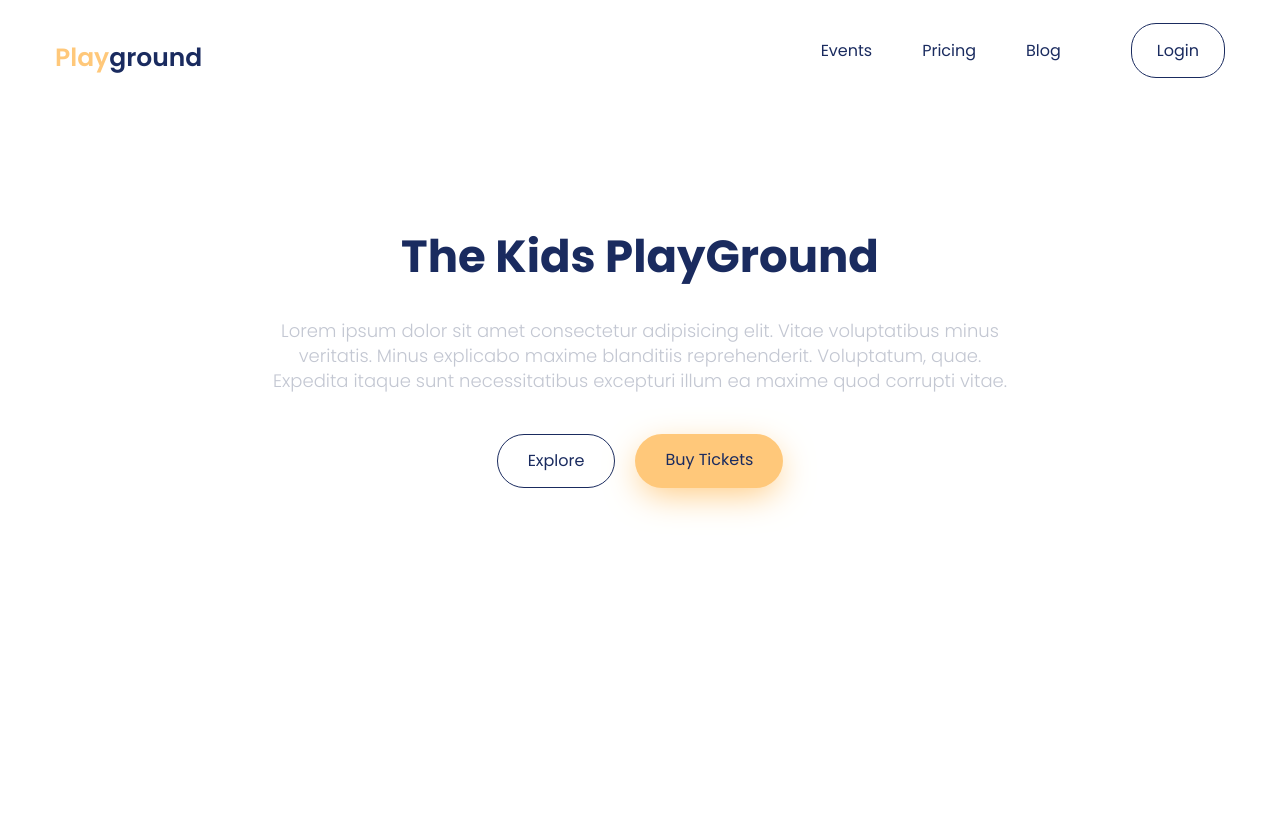
Repository: khuong30082000/the-playground
Page: index.html
The author's editor kept a copy of each file at every save. The page is drawn from the files as they stood at one save, then again after the next save.
The browser window is 1280 px wide. The pictures show the whole page.
The style sheet was rebuilt from its Sass, Less or Tailwind sources for each picture, by a compiler version that may differ from the author's.

Above is the page before, as saved 2022-06-20 12:42:23.

After the next save:
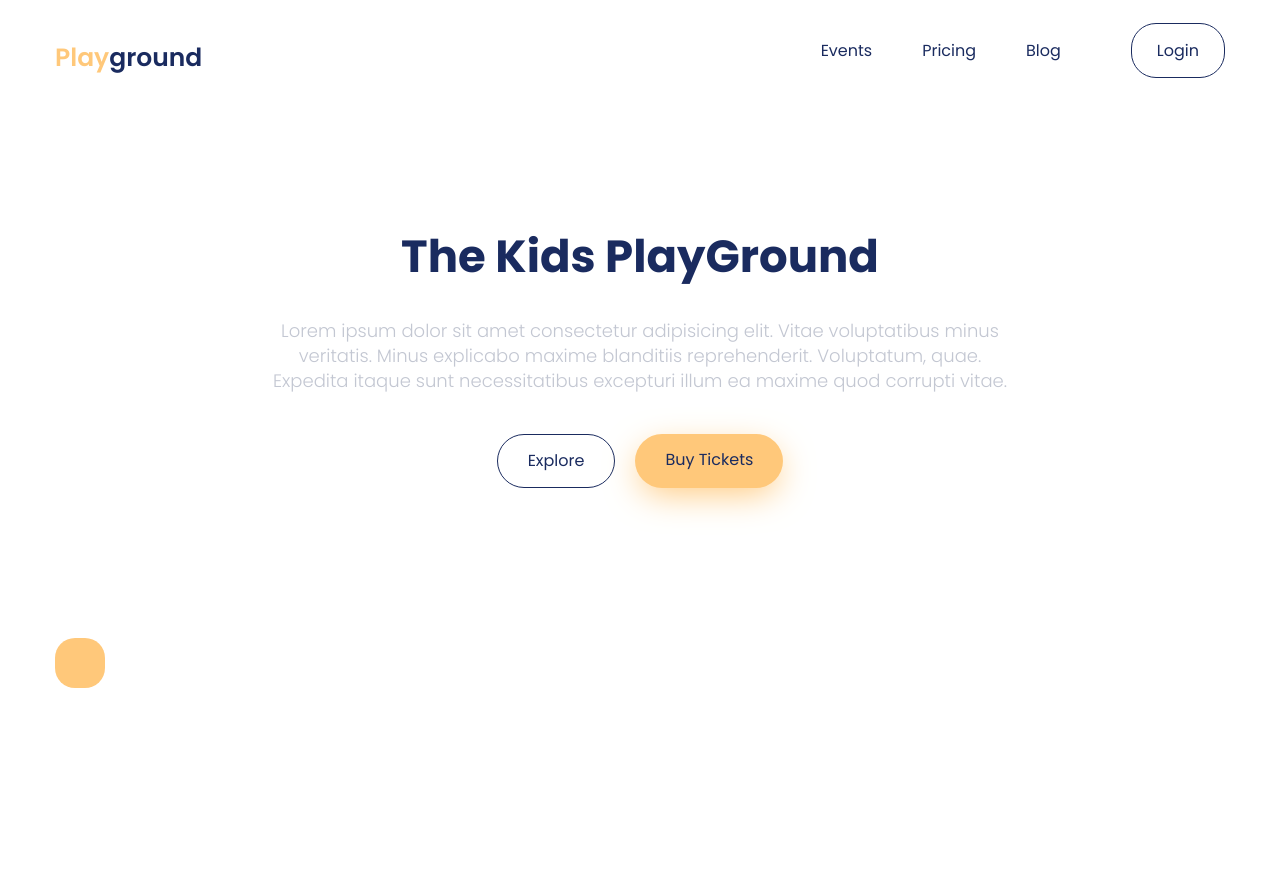
Saved 18 s later.
--- a/index.html
+++ b/index.html
@@ -55,7 +55,9 @@
       </section>
      <section class="category">
         <div class="container">
-            <div class="category__list"></div>
+            <div class="category__list">
+                <div class="category__item"></div>
+            </div>
         </div>
      </section>
     </div>
